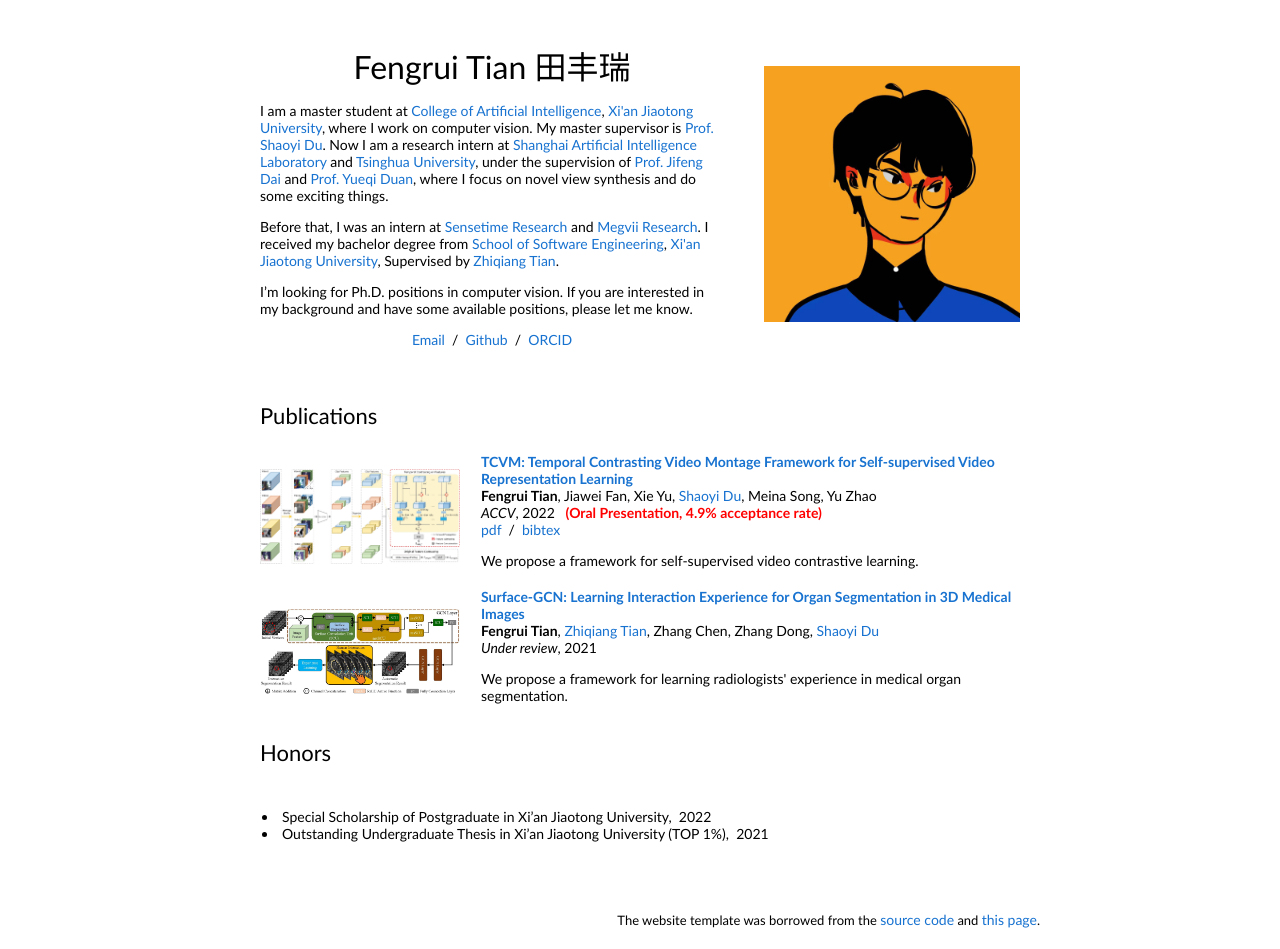
Repository: tianfr/tianfr.github.io
Page: index.html
These files come from the project's save history. The page is drawn as it stood at one moment and after the next save; the edit follows.
The browser window is 1280 px wide. The pictures show the whole page.

Above is the page before, as saved 2022-11-20 16:12:22.

### index.html
<!DOCTYPE HTML>
<html lang="en"><head><meta http-equiv="Content-Type" content="text/html; charset=UTF-8">

  <title>Fengrui Tian </title>

  <meta name="author" content="Fengrui Tian">
  <meta name="viewport" content="width=device-width, initial-scale=1">

  <link rel="stylesheet" type="text/css" href="stylesheet.css">
	<link rel="icon" href="data:[embedded picture, 141 characters]">
</head>

<body>
  <table style="width:100%;max-width:800px;border:0px;border-spacing:0px;border-collapse:separate;margin-right:auto;margin-left:auto;"><tbody>
    <tr style="padding:0px">
      <td style="padding:0px">
        <table style="width:100%;border:0px;border-spacing:0px;border-collapse:separate;margin-right:auto;margin-left:auto;"><tbody>
          <tr style="padding:0px">
            <td style="padding:2.5%;width:63%;vertical-align:middle">
              <p style="text-align:center">
                <name>Fengrui Tian <font face="KaiTi" size="6">田丰瑞</font></name>
              </p>
              <p>I am a master student at <a href="http://iair.xjtu.edu.cn/">College of Artificial Intelligence</a>, <a href="http://www.xjtu.edu.cn/">Xi'an Jiaotong University</a>, where I work on computer vision. My master supervisor is <a href="https://gr.xjtu.edu.cn/en/web/dushaoyi/home">Prof. Shaoyi Du</a>. Now I am a research intern at <a href="https://www.shlab.org.cn/">Shanghai Artificial Intelligence Laboratory</a> and <a href="https://www.tsinghua.edu.cn/">Tsinghua University</a>, under the supervision of <a href="https://jifengdai.org/">Prof. Jifeng Dai</a> and  <a href="https://duanyueqi.github.io/">Prof. Yueqi Duan</a>, where I focus on novel view synthesis and do some exciting things.
              </p>
              <p> Before that, I was an intern at <a href="https://www.sensetime.com/">Sensetime Research</a> and
                <a href="https://www.megvii.com/">Megvii Research</a>. I received my bachelor degree from  <a href="https://blog.google/products/google-ar-vr/introducing-next-generation-jump/">School of Software Engineering</a>, <a href="http://www.xjtu.edu.cn/">Xi'an Jiaotong University</a>, Supervised by <a href="https://gr.xjtu.edu.cn/en/web/zhiqiangtian/home">Zhiqiang Tian</a>.
              </p>
              <p>  I’m looking for Ph.D. positions in computer vision. If you are interested in my background and have some available positions, please let me know.
              </p>
              <p style="text-align:center">
                <a href="mailto:tianfr@stu.xjtu.edu.cn">Email</a> &nbsp/&nbsp
                <!-- <a href="data/JonBarron-CV.pdf">CV</a> &nbsp/&nbsp -->
                <!-- <a href="data/JonBarron-bio.txt">Bio</a> &nbsp/&nbsp -->
                <!-- <a href="https://scholar.google.com/citations?hl=en&user=jktWnL8AAAAJ">Google Scholar</a> &nbsp/&nbsp -->
                <!-- <a href="https://twitter.com/jon_barron">Twitter</a> &nbsp/&nbsp -->
                <a href="https://github.com/tianfr/">Github</a> &nbsp/&nbsp
                <a href="https://orcid.org/0000-0002-9577-5276">ORCID</a>
              </p>
            </td>
            <td style="padding:2.5%;width:40%;max-width:40%">
              <a href="images/Fengrui_Tian_avatar.jpg"><img style="width:100%;max-width:100%" alt="profile photo" src="images/Fengrui_Tian_avatar.jpg" class="hoverZoomLink"></a>
            </td>
          </tr>
        <!-- </tbody></table>
        <table style="width:100%;border:0px;border-spacing:0px;border-collapse:separate;margin-right:auto;margin-left:auto;"><tbody>
            <tr>
            <td style="padding:20px;width:100%;vertical-align:middle">
              <heading>Research</heading>
              <p>
                I'm interested in computer vision, machine learning, optimization, and image processing. Much of my research is about inferring the physical world (shape, motion, color, light, etc) from images. Representative papers are <span class="highlight">highlighted</span>.
              </p>
            </td>
          </tr>
        </tbody></table> -->
        <table width="100%" align="center" border="0" cellspacing="0" cellpadding="20"><tbody>
          <tr>
            <td>
              <heading>Publications</heading>
            </td>
          </tr>
        </tbody></table>
        <table style="width:100%;border:0px;border-spacing:0px;border-collapse:separate;margin-right:auto;margin-left:auto;"><tbody>

          <tr onmouseout="dreamfusion_stop()" onmouseover="dreamfusion_start()">
            <td style="padding:20px;width:25%;vertical-align:middle">
              <img src="images/tcvm_overview.jpg" alt="prl" width="200" height="95">
            </td>
            <!-- <td style="padding:20px;width:25%;vertical-align:middle">
              <div class="one">
                <div class="two" id='dreamfusion_image'><video  width=100% height=100% muted autoplay loop>
                <source src="images/dreamfusion.mp4" type="video/mp4">
                Your browser does not support the video tag.
                </video></div>
                <img src='images/tcvm_overview.jpg' width="160">
              </div>
              <script type="text/javascript">
                function dreamfusion_start() {
                  document.getElementById('dreamfusion_image').style.opacity = "1";
                }

                function dreamfusion_stop() {
                  document.getElementById('dreamfusion_image').style.opacity = "0";
                }
                dreamfusion_stop()
              </script>
            </td> -->
            <!-- <td style="padding:20px;width:75%;vertical-align:middle"> -->
            <td width="75%" valign="middle">
              <a href="paper/22accv_tcvm.pdf">
                <papertitle>TCVM: Temporal Contrasting Video Montage Framework for Self-supervised Video Representation Learning</papertitle>
              </a>
              <br>
              <strong>Fengrui Tian</strong>,
              Jiawei Fan,
              Xie Yu,
              <a href="https://gr.xjtu.edu.cn/en/web/dushaoyi/home">Shaoyi Du</a>,
              Meina Song,
              Yu Zhao
              <br>
              <em>ACCV</em>, 2022 &nbsp <font color="red"><strong>(Oral Presentation, 4.9% acceptance rate)</strong></font>
              <br>
              <a href="paper/22accv_tcvm.pdf">pdf</a>  &nbsp/&nbsp
              <a href="data/accv22TCVM.bib">bibtex</a>
              <p></p>
              <p>
              We propose a framework for self-supervised video contrastive learning.
              </p>
            </td>
          </tr>


          <tr>
            <td style="padding:20px;width:25%;vertical-align:middle">
              <img src="images/surfacegcn.jpg" alt="prl" width="200" height="85">
            </td>
            <td width="75%" valign="middle">
              <a href="">
                <papertitle>Surface-GCN: Learning Interaction Experience for Organ Segmentation in 3D Medical Images</papertitle>
              </a>
              <br>
              <strong>Fengrui Tian</strong>,
              <a href="https://gr.xjtu.edu.cn/en/web/zhiqiangtian/home">Zhiqiang Tian</a>,
              Zhang Chen,
              Zhang Dong,
              <a href="https://gr.xjtu.edu.cn/en/web/dushaoyi/home">Shaoyi Du</a>
              <br>
              <em>Under review</em>, 2021
              <br>
              <!-- <a href="data/BarronPRL2009.bib">bibtex</a> -->
              <p>We propose a framework for learning radiologists' experience in medical organ segmentation.</p>
            </td>
          </tr>

        </tbody></table>


        <table width="100%" align="center" border="0" cellspacing="0" cellpadding="20"><tbody>
          <tr>
            <td>
              <heading>Honors</heading>
            </td>
          </tr>
        </tbody></table>
        <table width="100%" align="center" border="0" cellpadding="20"><tbody>
          <tr>
            <td style="padding:20px;width:100%;vertical-align:middle">
              <li>Special Scholarship of Postgraduate in Xi’an Jiaotong University,&nbsp; 2022 </li>
              <li>Outstanding Undergraduate Thesis in Xi’an Jiaotong University (TOP 1%),&nbsp; 2021 </li> <br>
          </td>

          </tr>


        </tbody></table>
        <table style="width:100%;border:0px;border-spacing:0px;border-collapse:separate;margin-right:auto;margin-left:auto;"><tbody>
          <tr>
            <td style="padding:0px">
              <br>
              <p style="text-align:right;font-size:small;">
                The website template was borrowed from the <a href="https://github.com/jonbarron/website">source code</a> and <a href="https://jonbarron.info/"> this page</a>.
              </p>
            </td>
          </tr>
        </tbody></table>
      </td>
    </tr>
  </table>
</body>

</html>

### stylesheet.css
/* latin-ext */
@font-face {
  font-family: 'Lato';
  font-style: italic;
  font-weight: 400;
  src: local('Lato Italic'), local('Lato-Italic'), url(https://fonts.gstatic.com/s/lato/v15/S6u8w4BMUTPHjxsAUi-qNiXg7eU0.woff2) format('woff2');
  unicode-range: U+0100-024F, U+0259, U+1E00-1EFF, U+2020, U+20A0-20AB, U+20AD-20CF, U+2113, U+2C60-2C7F, U+A720-A7FF;
}
/* latin */
@font-face {
  font-family: 'Lato';
  font-style: italic;
  font-weight: 400;
  src: local('Lato Italic'), local('Lato-Italic'), url(https://fonts.gstatic.com/s/lato/v15/S6u8w4BMUTPHjxsAXC-qNiXg7Q.woff2) format('woff2');
  unicode-range: U+0000-00FF, U+0131, U+0152-0153, U+02BB-02BC, U+02C6, U+02DA, U+02DC, U+2000-206F, U+2074, U+20AC, U+2122, U+2191, U+2193, U+2212, U+2215, U+FEFF, U+FFFD;
}
/* latin-ext */
@font-face {
  font-family: 'Lato';
  font-style: italic;
  font-weight: 700;
  src: local('Lato Bold Italic'), local('Lato-BoldItalic'), url(https://fonts.gstatic.com/s/lato/v15/S6u_w4BMUTPHjxsI5wq_FQftx9897sxZ.woff2) format('woff2');
  unicode-range: U+0100-024F, U+0259, U+1E00-1EFF, U+2020, U+20A0-20AB, U+20AD-20CF, U+2113, U+2C60-2C7F, U+A720-A7FF;
}
/* latin */
@font-face {
  font-family: 'Lato';
  font-style: italic;
  font-weight: 700;
  src: local('Lato Bold Italic'), local('Lato-BoldItalic'), url(https://fonts.gstatic.com/s/lato/v15/S6u_w4BMUTPHjxsI5wq_Gwftx9897g.woff2) format('woff2');
  unicode-range: U+0000-00FF, U+0131, U+0152-0153, U+02BB-02BC, U+02C6, U+02DA, U+02DC, U+2000-206F, U+2074, U+20AC, U+2122, U+2191, U+2193, U+2212, U+2215, U+FEFF, U+FFFD;
}
/* latin-ext */
@font-face {
  font-family: 'Lato';
  font-style: normal;
  font-weight: 400;
  src: local('Lato Regular'), local('Lato-Regular'), url(https://fonts.gstatic.com/s/lato/v15/S6uyw4BMUTPHjxAwXiWtFCfQ7A.woff2) format('woff2');
  unicode-range: U+0100-024F, U+0259, U+1E00-1EFF, U+2020, U+20A0-20AB, U+20AD-20CF, U+2113, U+2C60-2C7F, U+A720-A7FF;
}
/* latin */
@font-face {
  font-family: 'Lato';
  font-style: normal;
  font-weight: 400;
  src: local('Lato Regular'), local('Lato-Regular'), url(https://fonts.gstatic.com/s/lato/v15/S6uyw4BMUTPHjx4wXiWtFCc.woff2) format('woff2');
  unicode-range: U+0000-00FF, U+0131, U+0152-0153, U+02BB-02BC, U+02C6, U+02DA, U+02DC, U+2000-206F, U+2074, U+20AC, U+2122, U+2191, U+2193, U+2212, U+2215, U+FEFF, U+FFFD;
}
/* latin-ext */
@font-face {
  font-family: 'Lato';
  font-style: normal;
  font-weight: 700;
  src: local('Lato Bold'), local('Lato-Bold'), url(https://fonts.gstatic.com/s/lato/v15/S6u9w4BMUTPHh6UVSwaPGQ3q5d0N7w.woff2) format('woff2');
  unicode-range: U+0100-024F, U+0259, U+1E00-1EFF, U+2020, U+20A0-20AB, U+20AD-20CF, U+2113, U+2C60-2C7F, U+A720-A7FF;
}
/* latin */
@font-face {
  font-family: 'Lato';
  font-style: normal;
  font-weight: 700;
  src: local('Lato Bold'), local('Lato-Bold'), url(https://fonts.gstatic.com/s/lato/v15/S6u9w4BMUTPHh6UVSwiPGQ3q5d0.woff2) format('woff2');
  unicode-range: U+0000-00FF, U+0131, U+0152-0153, U+02BB-02BC, U+02C6, U+02DA, U+02DC, U+2000-206F, U+2074, U+20AC, U+2122, U+2191, U+2193, U+2212, U+2215, U+FEFF, U+FFFD;
}

a {
  color: #1772d0;
  text-decoration: none;
}

a:focus,
a:hover {
  color: #f09228;
  text-decoration: none;
}

body,
td,
th,
tr,
p,
a {
  font-family: 'Lato', Verdana, Helvetica, sans-serif;
  font-size: 14px
}

strong {
  font-family: 'Lato', Verdana, Helvetica, sans-serif;
  font-size: 14px;
}

heading {
  font-family: 'Lato', Verdana, Helvetica, sans-serif;
  font-size: 22px;
}

papertitle {
  font-family: 'Lato', Verdana, Helvetica, sans-serif;
  font-size: 14px;
  font-weight: 700
}

name {
  font-family: 'Lato', Verdana, Helvetica, sans-serif;
  font-size: 32px;
}

.one {
  width: 160px;
  height: 160px;
  position: relative;
}

.two {
  width: 160px;
  height: 160px;
  position: absolute;
  transition: opacity .2s ease-in-out;
  -moz-transition: opacity .2s ease-in-out;
  -webkit-transition: opacity .2s ease-in-out;
}

.fade {
  transition: opacity .2s ease-in-out;
  -moz-transition: opacity .2s ease-in-out;
  -webkit-transition: opacity .2s ease-in-out;
}

span.highlight {
  background-color: #ffffd0;
}

After the next save:
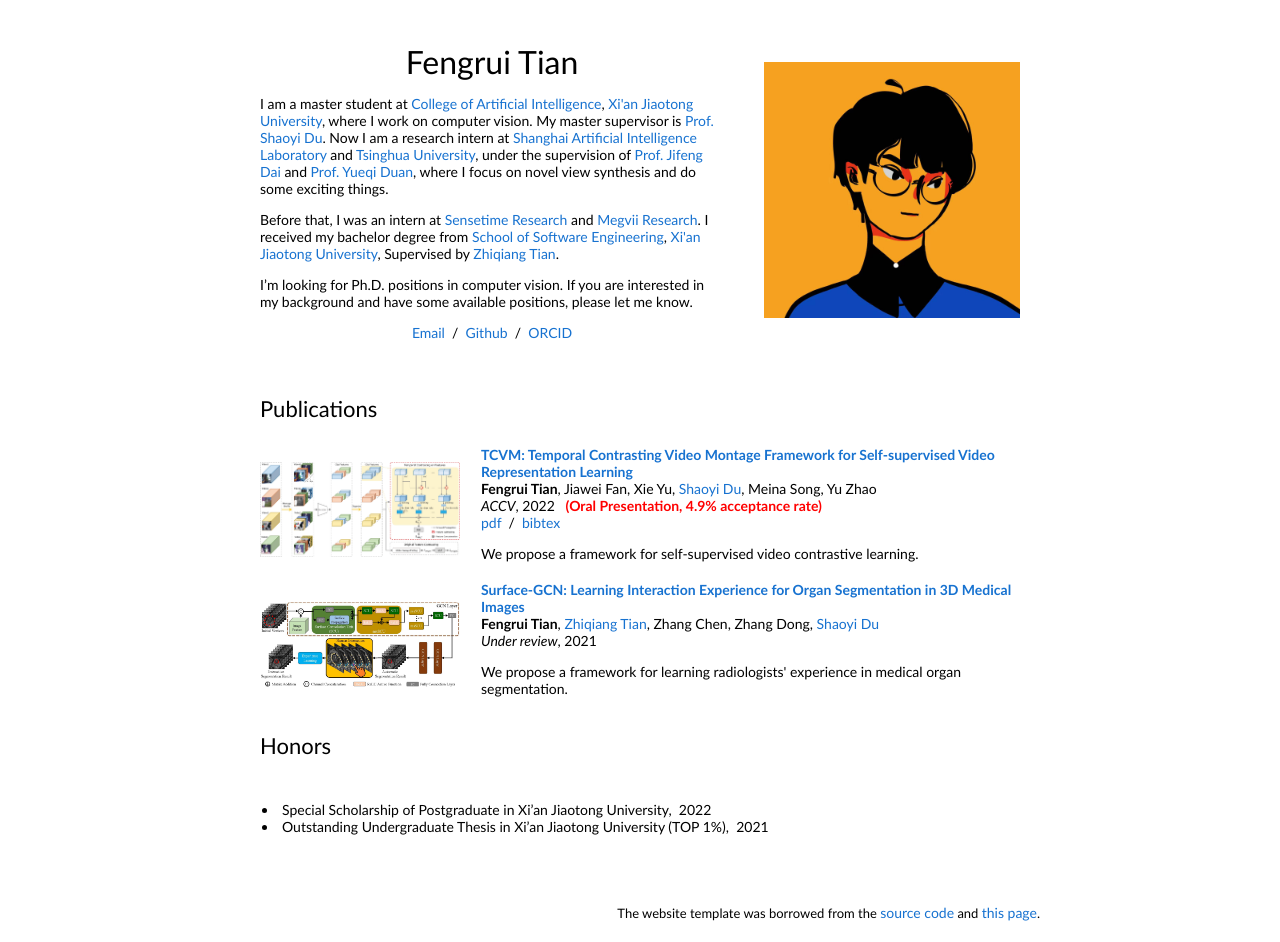
Saved 14 s later.
--- a/index.html
+++ b/index.html
@@ -18,7 +18,10 @@
           <tr style="padding:0px">
             <td style="padding:2.5%;width:63%;vertical-align:middle">
               <p style="text-align:center">
-                <name>Fengrui Tian <font face="KaiTi" size="6">田丰瑞</font></name>
+                <name>
+                  Fengrui Tian
+                  <!-- <font face="KaiTi" size="6">田丰瑞</font> -->
+                </name>
               </p>
               <p>I am a master student at <a href="http://iair.xjtu.edu.cn/">College of Artificial Intelligence</a>, <a href="http://www.xjtu.edu.cn/">Xi'an Jiaotong University</a>, where I work on computer vision. My master supervisor is <a href="https://gr.xjtu.edu.cn/en/web/dushaoyi/home">Prof. Shaoyi Du</a>. Now I am a research intern at <a href="https://www.shlab.org.cn/">Shanghai Artificial Intelligence Laboratory</a> and <a href="https://www.tsinghua.edu.cn/">Tsinghua University</a>, under the supervision of <a href="https://jifengdai.org/">Prof. Jifeng Dai</a> and  <a href="https://duanyueqi.github.io/">Prof. Yueqi Duan</a>, where I focus on novel view synthesis and do some exciting things.
               </p>
